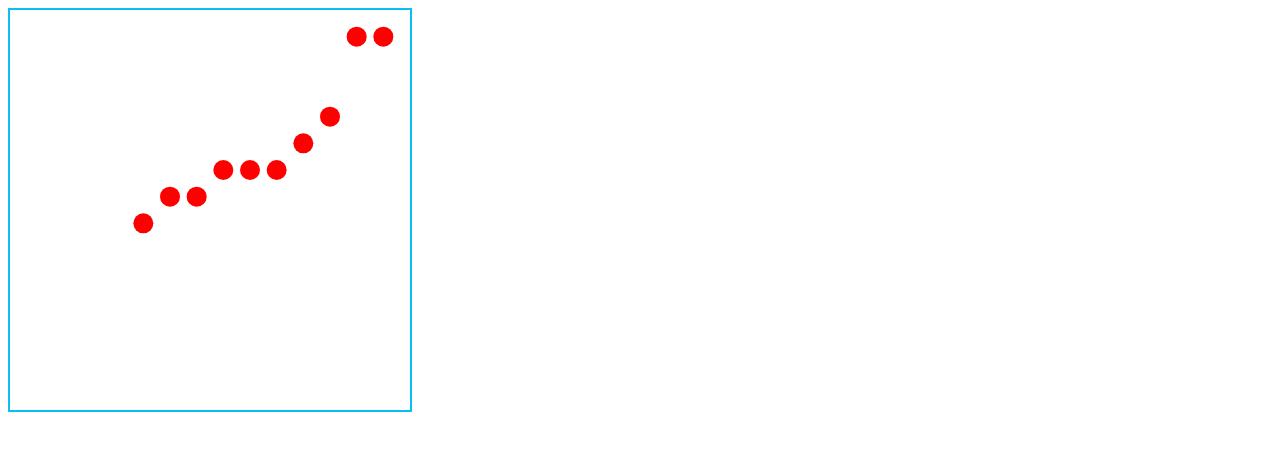
Repository: Jubair-Ahmed-Junjun/js-graphics
Page: Scatter Plots.html
These files come from the project's save history. The page is drawn as it stood at one moment and after the next save; the edit follows.
The browser window is 1280 px wide. The pictures show the whole page.

Above is the page before, as saved 2022-08-08 21:41:52.

After the next save:
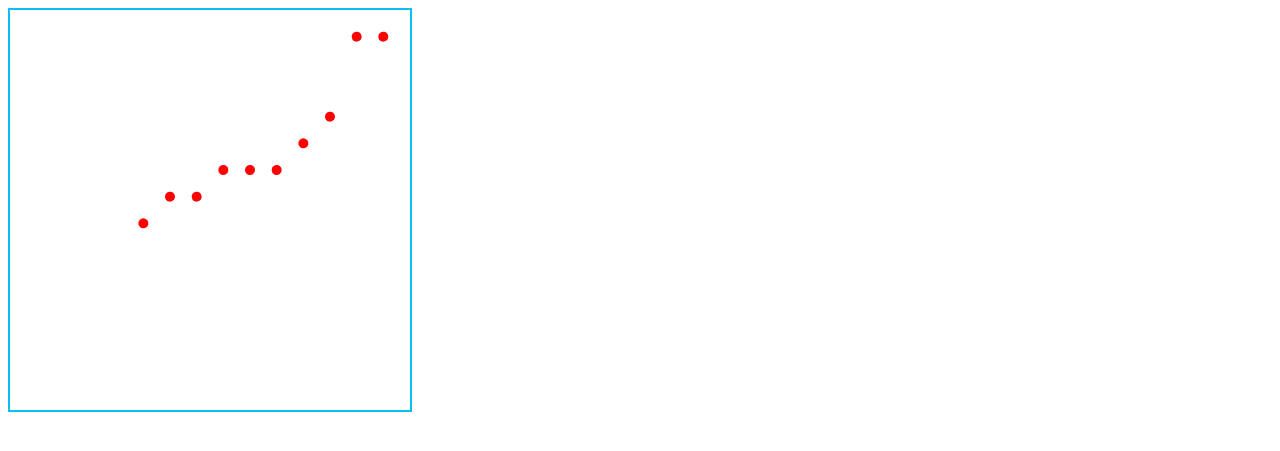
Saved 19 s later.
--- a/Scatter Plots.html
+++ b/Scatter Plots.html
@@ -20,7 +20,7 @@ for (let i = 0; i < xArray.length-1; i++) {
   let x = xArray[i] * xMax/150;
   let y = yArray[i] * yMax/15;
   ctx.beginPath();
-  ctx.ellipse(x, y, 10, 10, 0, 0, Math.PI * 10);
+  ctx.ellipse(x, y, 5, 5, 5, 5, Math.PI * 10);
   ctx.fill();
 }
 </script>
